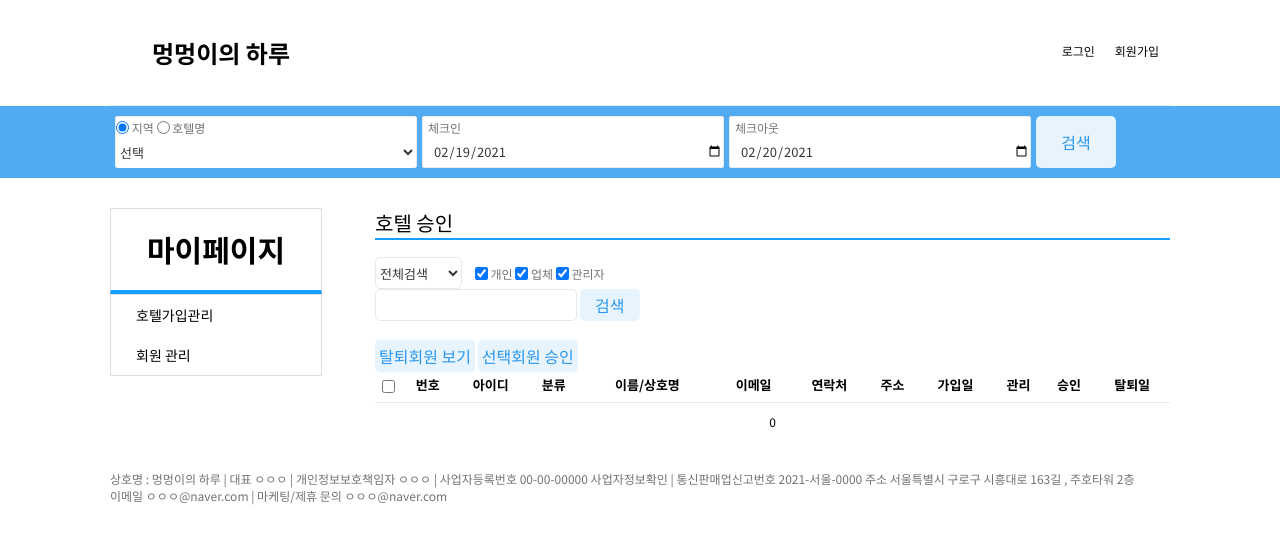
Repository: sondaeu/daeun
Page: http://localhost/Petopia/WEB-INF/views/admin/memberList.jsp
The author's editor kept a copy of each file at every save. The page is drawn from the files as they stood at one save, then again after the next save.
The browser window is 1280 px wide. The pictures show the whole page.
The page is served by Tomcat 9. Nobody is signed in. The template is opened directly, without the code that normally fills it, so the values that code supplies are empty.

Above is the page before, as saved 2021-02-24 16:02:32.

After the next save:
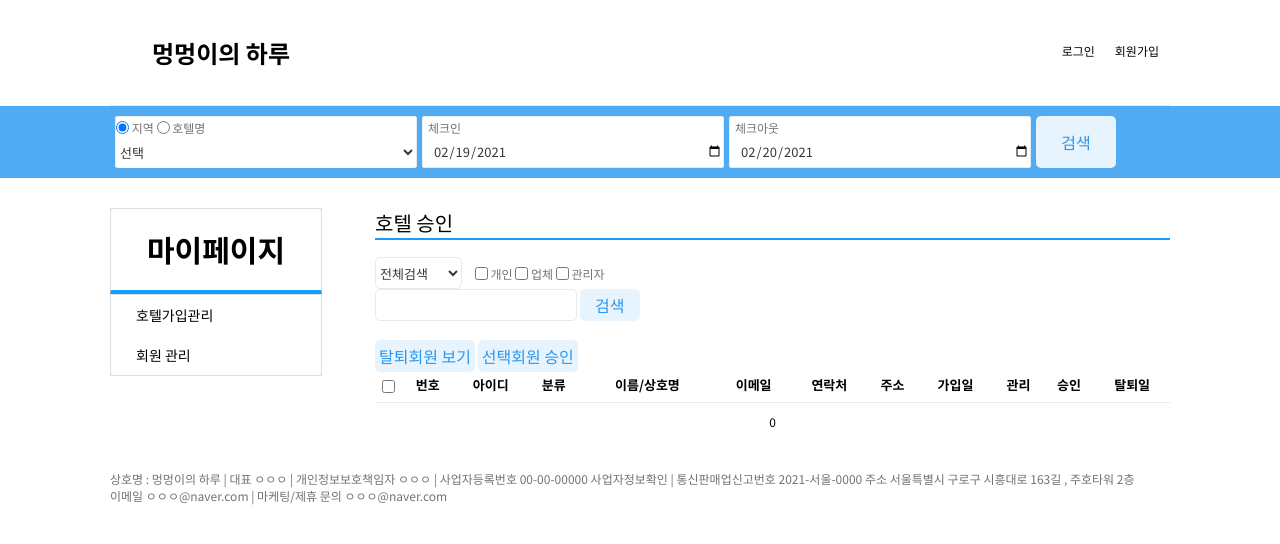
Saved 44 s later.
--- a/WEB_CODES/Petopia/src/main/webapp/WEB-INF/views/admin/memberList-search.jspf
+++ b/WEB_CODES/Petopia/src/main/webapp/WEB-INF/views/admin/memberList-search.jspf
@@ -73,9 +73,6 @@ li {
 				/* 초기값 설정 */
 				if (p_keyword == '') {
 					searchCondition.val('').prop("selected", true); // 검색 컨디션
-					$("input:checkbox[id='personal']").prop("checked", true);
-					$("input:checkbox[id='hotel']").prop("checked", true);
-					$("input:checkbox[id='manager']").prop("checked", true);
 				}
 
 				if (p_keyword != '') {
